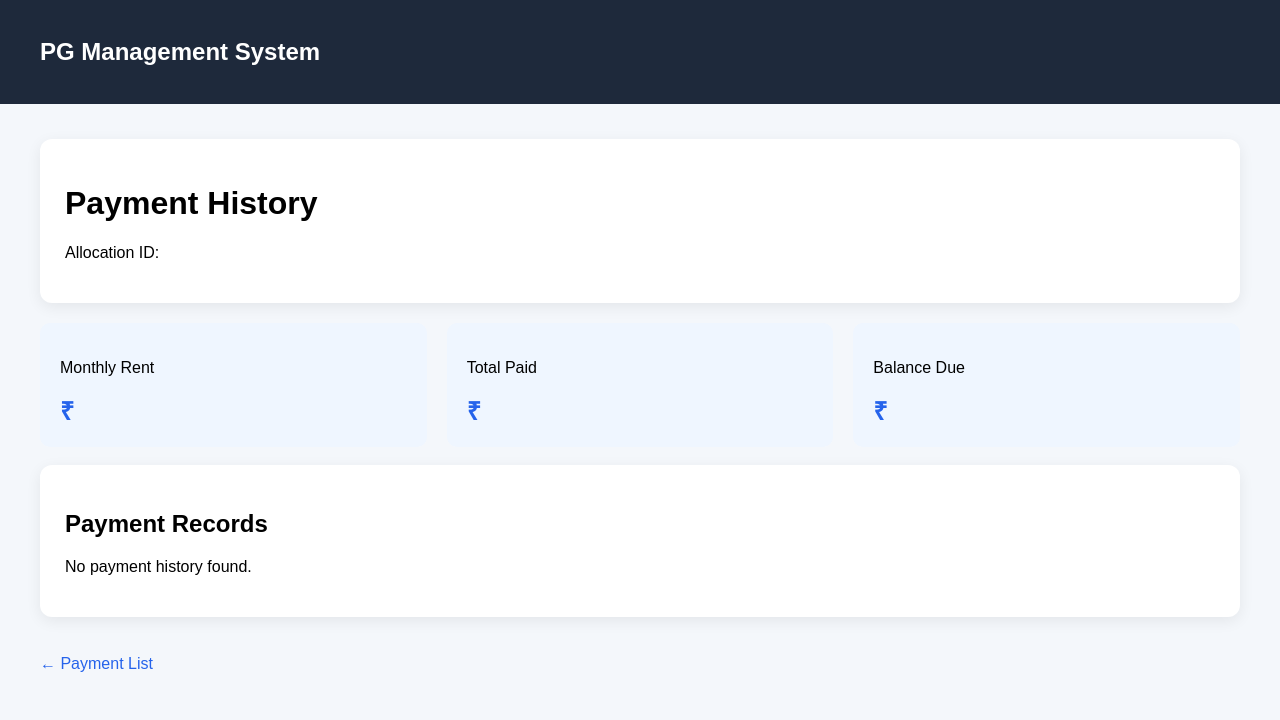
Repository: akshaylakhekar/student_pg_room_management_system
Page: http://localhost/PGManagementSystem/WEB-INF/views/payment-history.jsp
The author's editor kept a copy of each file at every save. The page is drawn from the files as they stood at one save, then again after the next save.
The browser window is 1280 px wide. The pictures show the whole page.
The page is served by Tomcat 10. Nobody is signed in. The template is opened directly, without the code that normally fills it, so the values that code supplies are empty.

Above is the page before, as saved 2026-09-19 05:55:04.

After the next save:
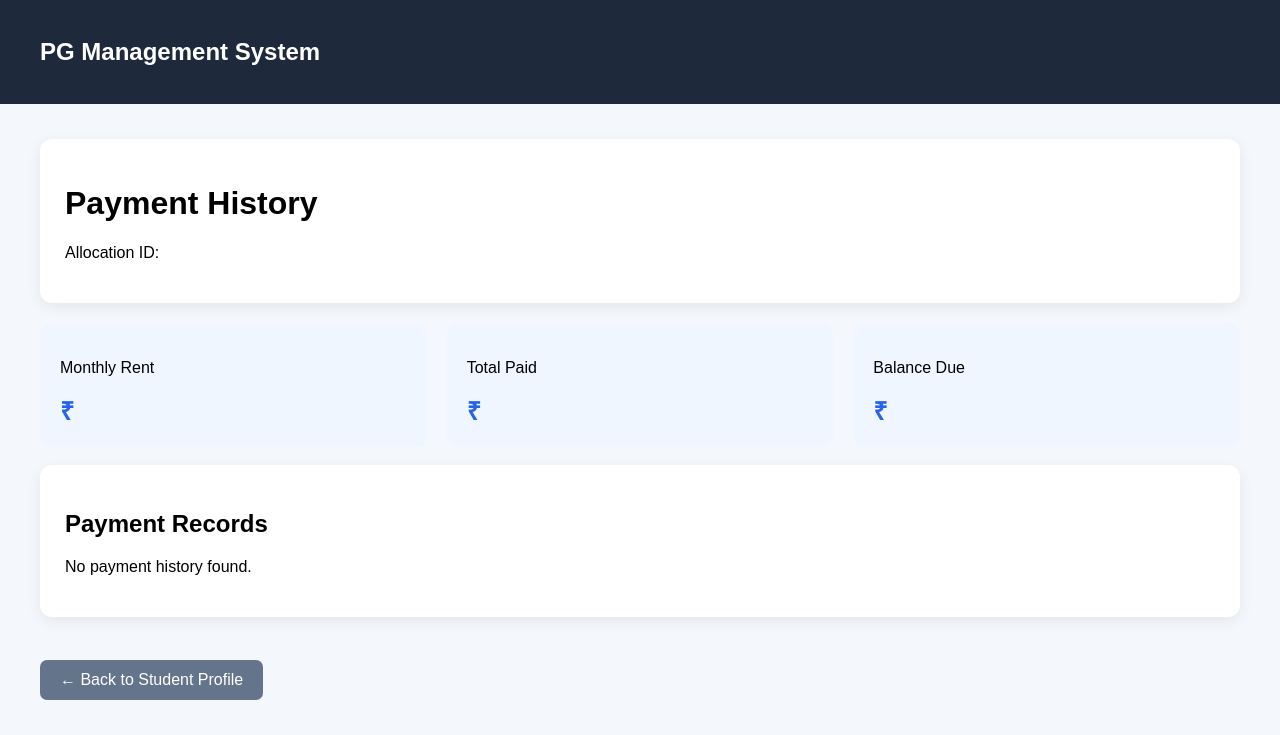
Saved 9 min 19 s later.
--- a/PGManagementSystem/PGManagementSystem/src/main/webapp/WEB-INF/views/payment-history.jsp
+++ b/PGManagementSystem/PGManagementSystem/src/main/webapp/WEB-INF/views/payment-history.jsp
@@ -1,91 +1,171 @@
 <%@ page contentType="text/html;charset=UTF-8" %>
+
 <%@ taglib prefix="c" uri="jakarta.tags.core" %>
 
 <!DOCTYPE html>
+
 <html>
+
 <head>
 
     <meta charset="UTF-8">
+
     <title>Payment History</title>
 
     <style>
 
         body {
+
             margin: 0;
+
             font-family: Arial;
+
             background: #f4f7fb;
+
         }
 
         .navbar {
+
             background: #1e293b;
+
             color: white;
+
             padding: 18px 40px;
+
         }
 
         .container {
+
             width: 94%;
+
             max-width: 1200px;
+
             margin: 35px auto;
+
         }
 
         .card {
+
             background: white;
+
             padding: 25px;
+
             border-radius: 12px;
+
             margin-bottom: 20px;
+
             box-shadow: 0 4px 15px rgba(0,0,0,.07);
+
         }
 
         .summary {
+
             display: grid;
+
             grid-template-columns: repeat(3, 1fr);
+
             gap: 20px;
+
         }
 
         .summary-card {
+
             background: #eff6ff;
+
             padding: 20px;
+
             border-radius: 10px;
+
         }
 
         .amount {
+
             font-size: 25px;
+
             font-weight: bold;
+
             color: #2563eb;
+
         }
 
         .table-box {
+
             overflow-x: auto;
+
         }
 
         table {
+
             width: 100%;
+
             border-collapse: collapse;
+
             min-width: 800px;
+
         }
 
         th {
+
             background: #1e293b;
+
             color: white;
+
             padding: 12px;
+
             text-align: left;
+
         }
 
         td {
+
             padding: 11px;
+
             border-bottom: 1px solid #ddd;
+
         }
 
         a {
+
             color: #2563eb;
+
             text-decoration: none;
+
             margin-right: 10px;
+
+        }
+
+        .back-button {
+
+            display: inline-block;
+
+            background: #64748b;
+
+            color: white;
+
+            padding: 11px 20px;
+
+            border-radius: 7px;
+
+            text-decoration: none;
+
+            margin-top: 5px;
+
+        }
+
+        .back-button:hover {
+
+            background: #475569;
+
         }
 
         @media(max-width:700px) {
+
             .summary {
+
                 grid-template-columns: 1fr;
+
             }
+
         }
 
     </style>
@@ -107,20 +187,29 @@
     <h1>Payment History</h1>
 
     <p>
+
         Allocation ID:
+
         <strong>${allocationId}</strong>
+
     </p>
 
     <c:if test="${not empty allocation}">
 
         <p>
+
             Student:
+
             <strong>${allocation.studentName}</strong>
+
         </p>
 
         <p>
+
             Room:
+
             <strong>${allocation.roomNumber}</strong>
+
         </p>
 
     </c:if>
@@ -134,7 +223,9 @@
         <p>Monthly Rent</p>
 
         <div class="amount">
+
             ₹ ${monthlyRent}
+
         </div>
 
     </div>
@@ -144,7 +235,9 @@
         <p>Total Paid</p>
 
         <div class="amount">
+
             ₹ ${totalAmount}
+
         </div>
 
     </div>
@@ -154,7 +247,9 @@
         <p>Balance Due</p>
 
         <div class="amount">
+
             ₹ ${balanceDue}
+
         </div>
 
     </div>
@@ -174,38 +269,57 @@
 <table>
 
 <tr>
+
     <th>ID</th>
+
     <th>Amount</th>
+
     <th>Date</th>
+
     <th>Month</th>
+
     <th>Status</th>
+
     <th>Actions</th>
+
 </tr>
 
 <c:forEach var="payment"
+
            items="${payments}">
 
 <tr>
 
 <td>${payment.id}</td>
+
 <td>₹ ${payment.amount}</td>
+
 <td>${payment.paymentDate}</td>
+
 <td>${payment.monthYear}</td>
+
 <td>${payment.paymentStatus}</td>
 
 <td>
 
 <a href="${pageContext.request.contextPath}/payment/receipt?id=${payment.id}">
+
     Receipt
+
 </a>
 
 <a href="${pageContext.request.contextPath}/payment/edit?id=${payment.id}">
+
     Edit
+
 </a>
 
 <a href="${pageContext.request.contextPath}/payment/delete?id=${payment.id}"
+
    onclick="return confirm('Delete this payment?');">
+
     Delete
+
 </a>
 
 </td>
@@ -230,11 +344,15 @@
 
 <br>
 
-<a href="${pageContext.request.contextPath}/payment/list">
-    ← Payment List
+<a class="back-button"
+   href="${pageContext.request.contextPath}/student/profile">
+
+    ← Back to Student Profile
+
 </a>
 
 </div>
 
 </body>
+
 </html>
